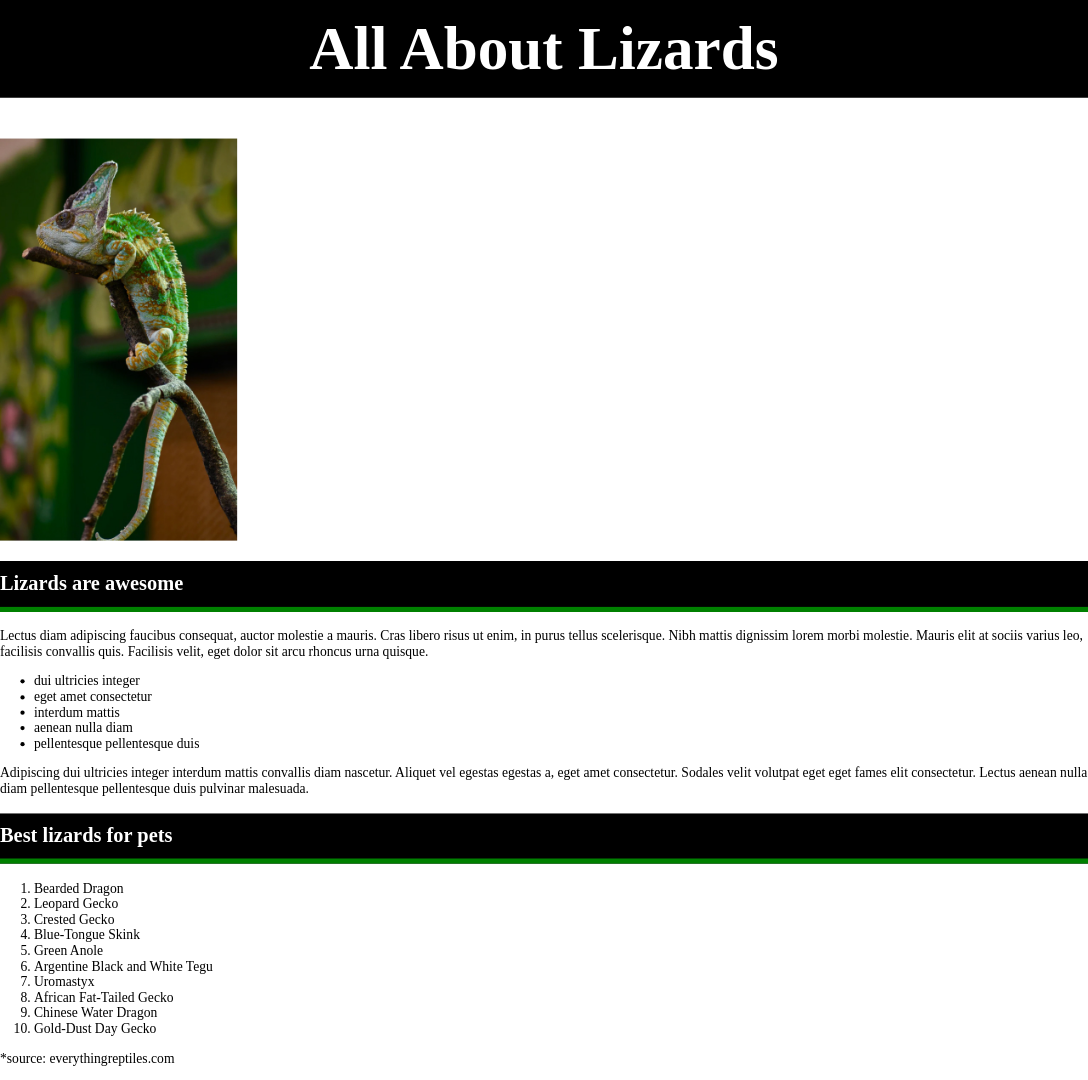
Repository: Doumham-Armah/lizards-landing--page
Page: index.html
The author's editor kept a copy of each file at every save. The page is drawn from the files as they stood at one save, then again after the next save.
The browser window is 1280 px wide. The pictures show the whole page, at 85% of full size.

Above is the page before, as saved 2021-08-10 13:56:03.

### index.html
<!DOCTYPE html>
<html>
  <head>
    <link
      rel="stylesheet"
      href="https://cdnjs.cloudflare.com/ajax/libs/normalize/8.0.1/normalize.css"
    />
    <title>All about lizards</title>
    <link href="css/style.css" rel="stylesheet" />
  </head>
  <body>
    <header>
      <h1>All About Lizards</h1>
    </header>

    <main>
      <section class="main-content">
        <img src="images/chameleon.jpg" alt="a chameleon climbing a branch" />

        <h2 class="subheading">Lizards are awesome</h2>
        <p>
          Lectus diam adipiscing faucibus consequat, auctor molestie a mauris.
          Cras libero risus ut enim, in purus tellus scelerisque. Nibh mattis
          dignissim lorem morbi molestie. Mauris elit at sociis varius leo,
          facilisis convallis quis. Facilisis velit, eget dolor sit arcu rhoncus
          urna quisque.
        </p>

        <!-- insert the unordered list here -->
        <ul>
          <li>dui ultricies integer</li>
          <li>eget amet consectetur</li>
          <li>interdum mattis</li>
          <li>aenean nulla diam</li>
          <li>pellentesque pellentesque duis</li>
        </ul>

        <p>
          Adipiscing dui ultricies integer interdum mattis convallis diam
          nascetur. Aliquet vel egestas egestas a, eget amet consectetur.
          Sodales velit volutpat eget eget fames elit consectetur. Lectus aenean
          nulla diam pellentesque pellentesque duis pulvinar malesuada.
        </p>
      </section>

      <aside class="sidebar">
        <h2 class="subheading">Best lizards for pets</h2>
        <!-- insert the ordered list here -->
        <ol>
          <li>Bearded Dragon</li>
          <li>Leopard Gecko</li>
          <li>Crested Gecko</li>
          <li>Blue-Tongue Skink</li>
          <li>Green Anole</li>
          <li>Argentine Black and White Tegu</li>
          <li>Uromastyx</li>
          <li>African Fat-Tailed Gecko</li>
          <li>Chinese Water Dragon</li>
          <li>Gold-Dust Day Gecko</li>
        </ol>
        <p>*source: everythingreptiles.com</p>
      </aside>
    </main>
  </body>
</html>

### css/style.css
body {
  margin: 0;
}

h1 {
  background-color: black;
  color: white;
  text-align: center;
  padding: 1rem 0rem;
  margin-top: 0;
  font-size: 4.5rem;
}

.subheading {
  background-color: black;
  color: white;
  padding: 0.8rem 0rem;
  border-bottom: 0.4rem green solid;
}

After the next save:
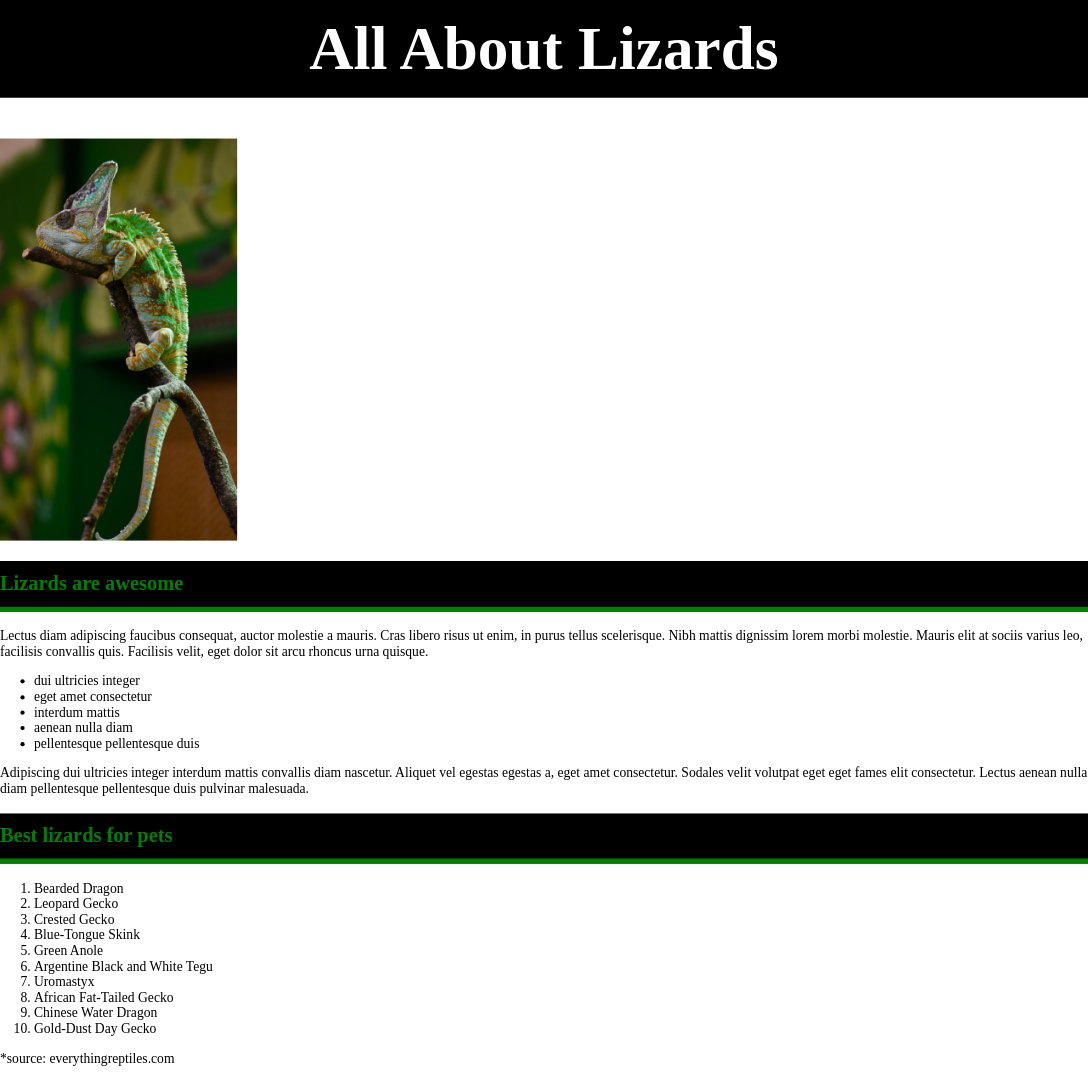
Saved 2 min 31 s later.
--- a/css/style.css
+++ b/css/style.css
@@ -13,7 +13,7 @@ h1 {
 
 .subheading {
   background-color: black;
-  color: white;
+  color: green;
   padding: 0.8rem 0rem;
   border-bottom: 0.4rem green solid;
 }
